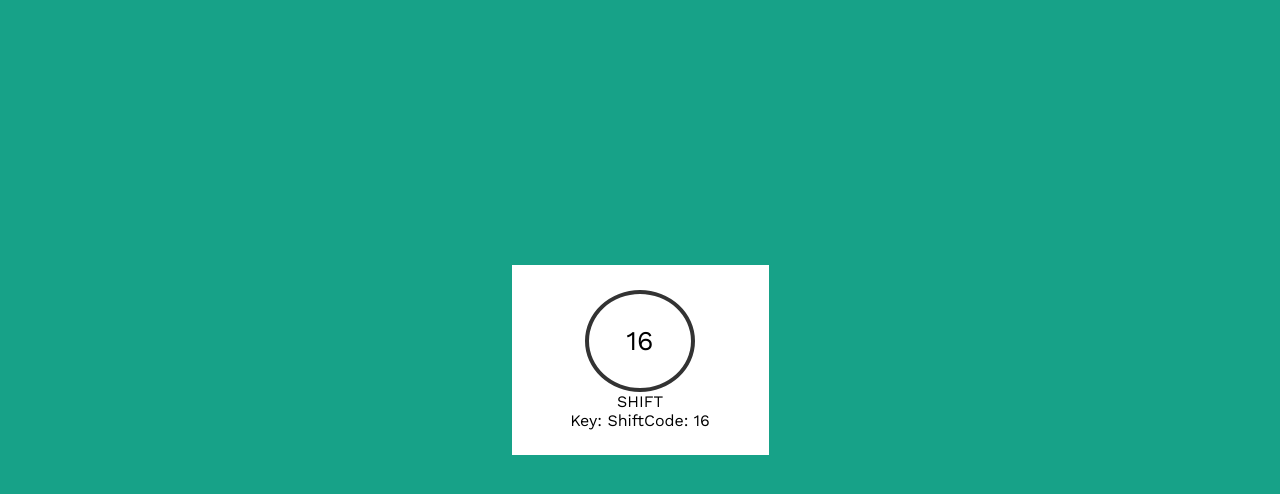
Repository: youssef168/Key-Detection
Page: index.htm
The author's editor kept a copy of each file at every save. The page is drawn from the files as they stood at one save, then again after the next save.
The browser window is 1280 px wide. The pictures show the whole page.

Above is the page before, as saved 2021-12-17 11:56:47.

### index.htm
<!DOCTYPE html>
<html lang="en">
<head>
    <meta charset="UTF-8">
    <meta http-equiv="X-UA-Compatible" content="IE=edge">
    <meta name="viewport" content="width=device-width, initial-scale=1.0">
    <link rel="stylesheet" href="./style.css">
    <title>Key Detection</title>
</head>
<body>
    <div class="box">
        <div class="content">
            <div class="key-code">16</div>
            <div class="key-name">SHIFT</div>
            <div class="details">
                <div class="key">Key: <span>Shift</span></div>
                <div class="code">Code: <span>16</span></div>
            </div>
        </div>
    </div>

    <script src="./script.js"></script>
</body>
</html>

### style.css
@import url("https://fonts.googleapis.com/css2?family=Work+Sans:ital,wght@0,300;0,400;1,400;1,500&display=swap");

* {
  font-family: "Work Sans", sans-serif;
  box-sizing: border-box;
  padding: 0;
  margin: 0;
}

ul li {
  list-style: none;
}

body {
    display: flex;
    justify-content: center;
    align-items: center;
    min-height: 100vh;
    margin: auto;
    background-color: #17A288;
}

.box {
    background: #fff;
    padding: 25px;
    width: 257px;
}

.content, .key-code, .details {
    display: flex;
    align-items: center;
    justify-content: center;
}

.box .content {
    flex-direction: column;
}
.key-code {
    border: 4px solid #333;
    border-radius: 50%;
    width: 110px;
    height: 102px;
    font-size: 27px;
}

Loaded but not shown: script.js (no stored copy; drawn as an empty file)

After the next save:
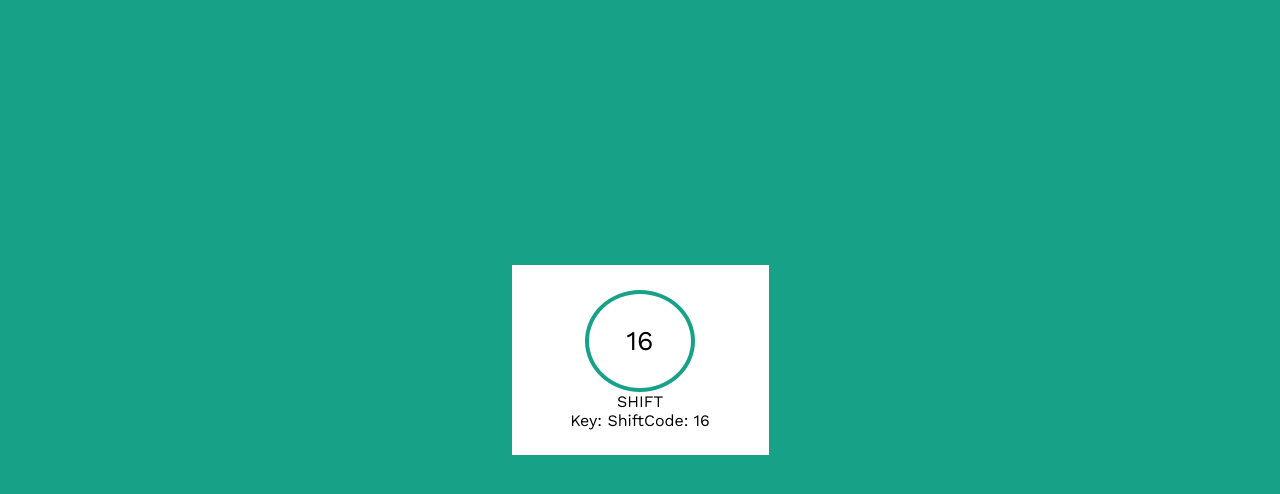
Saved 59 s later.
--- a/style.css
+++ b/style.css
@@ -36,7 +36,7 @@ body {
     flex-direction: column;
 }
 .key-code {
-    border: 4px solid #333;
+    border: 4px solid #17A288;
     border-radius: 50%;
     width: 110px;
     height: 102px;
